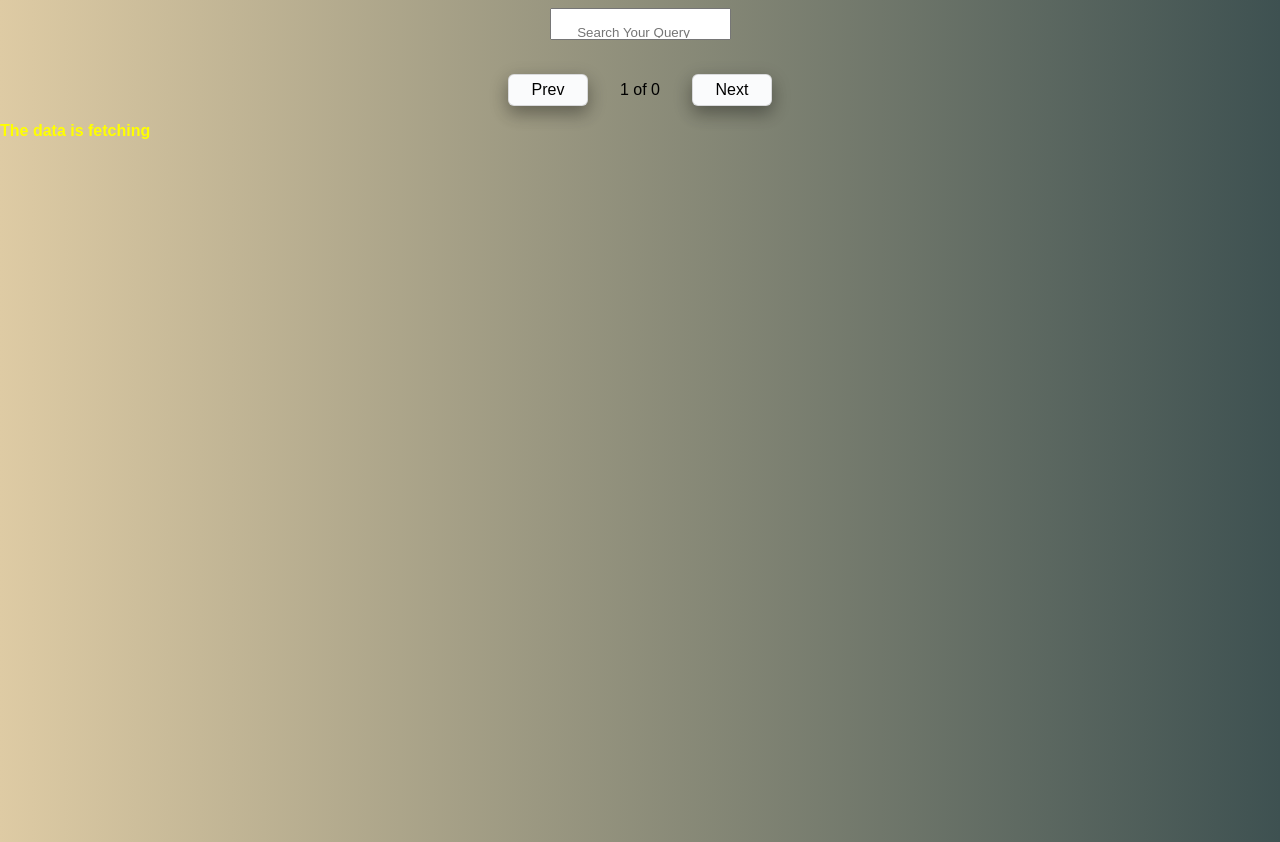
Repository: suraj-yadav7/TechNews
Page: /
These files come from the project's save history. The page is drawn as it stood at one moment and after the next save; the edit follows.
The browser window is 1280 px wide. The pictures show the whole page.
The page's requests for data from a server got no answer. The project was rebuilt for these pictures with package versions that can differ from the ones it lists, and the page was loaded fresh each time. No one was signed in, and anything a server would have sent is missing.

Above is the page before, as saved 2023-04-28 10:53:43.

### src/index.js
import React from 'react';
import ReactDOM from 'react-dom/client';
import App from './App';
import { AppProvider } from './context';

const root = ReactDOM.createRoot(document.getElementById('root'));
root.render(
  <React.StrictMode>
    <AppProvider>
    <App />
    </AppProvider>
  </React.StrictMode>
);

### src/App.js
import './App.css';
import Search from './components/Search';
import Stories from './components/Stories';

function App() {
  return (
      <>
      <Search/>
      <Stories />
      </>
  );
}

export default App;

### src/context.jsx
import {useContext, createContext, useEffect, useReducer} from "react"
import {reducer} from './reducer'

const AppContext = createContext();
let api = "https://hn.algolia.com/api/v1/search?";
const initial = {
    hits:[],
    page:0,
    nbPages:0,
    query:"",
    isLoading:true
}

const AppProvider = ({children})=>{

    const [state, dispatch] = useReducer(reducer, initial)

    const fetchApiData = async(url)=>{
        dispatch({
            type:"loadingData",
        })
        try{
            let fetchApi = await fetch(url)
            let data = await fetchApi.json()
            console.log(data)
            dispatch({
                type:"Get_Update",
                payload:{
                    hitNews:data.hits,
                    pg:data.page,
                    nbPg: data.nbPages
                }
            })
        }
        catch(error){
            console.log(error)
        }
        }

        //removing post
        const removePost = (objectID) =>{
                    dispatch({
                        type:"remove_post",
                        payload: objectID
                    })
        }

    //Search Post
    const searchPost = ((searchVal)=>{
        // searchVal.preventDefault()
        dispatch({
        type:"SEARCH_POST",
        payload: searchVal
        })
    })

    //Previous Page
    const prevPage=()=>{
        dispatch({
            type:"PREV_PAGE"
        })
    }
    const nextPage=()=>{
        dispatch({
            type:"NEXT_PAGE"
        })
    }
    useEffect(()=>{
         fetchApiData(`${api}query=${state.query}&&page=${state.page}`)

    },[state.query, state.page])


    return(
        <AppContext.Provider value= {{...state, removePost, searchPost,prevPage,nextPage}} >{children}</AppContext.Provider>
    )
};

//Custom hook to provide appContext and useContext

const useGlobalContext = ()=>{
    return useContext(AppContext)
}
export {AppContext,AppProvider, useGlobalContext}

### src/App.css
*{
  margin: 0;
  padding: 0;
  box-sizing: border-box;
  font-family:  sans-serif;
}

/* Search Div*/
.searchMain{
  display: flex;
  flex-direction: column;
  align-items: center;
  justify-content: center;
  gap:10px;
  background-image: linear-gradient(to right, #DECBA4, #3E5151);

}
.searchInput{
  margin: 0.5rem 0;
  padding-top: 1rem;
  width: 100%;
  height: 2rem;
  text-align: center;
}
.pagination{
  margin: 0.5rem 0;
}
.pagination> button{
  width: 5rem;
  height: 2rem;
  font-size: 1rem;
  margin: 0.5rem 2rem;
  background-color: #FAFBFC;
  border: 1px solid rgba(27, 31, 35, 0.15);
  border-radius: 6px;
  box-shadow: 0 8px 16px 0 rgba(0,0,0,0.2), 0 6px 20px 0 rgba(0,0,0,0.19);
  cursor: pointer;
}
.pagination>button:hover {
  border-color: #646cff;
}


/* Stories */
.parentStory{
  display: flex;
  align-items: center;
  justify-content: center;
  flex-direction: column;
  gap: 1rem;
  background-image: linear-gradient(to right, #DECBA4, #3E5151);


}

.stories{
  width: 50%;
  height: 12rem;
  display: flex;
  background-image: linear-gradient(to right, #434343 0%, black 100%);
  align-items: center;
  justify-content: center;
  flex-direction: column;
  color: white;
  text-align: center;
}
.stories> h3,p{
  margin: 1rem 0;
  /* padding-bottom: 4rem; */
  padding: 0 2rem;
  margin-bottom: 1.2rem;
}
.storiesButton{
  height: 2rem;
  display: flex;
  align-items: center;
  margin:0.5rem ;
}
.storiesButton >button, a>button{
  margin:0 5rem;
  border: 1px solid blue;
  background-color: aliceblue;
  color: black;
  border-radius: 10px;
  height: 2rem;
  width: 6rem;
  text-align:center;
  font-size: medium;
  box-shadow: 0 8px 16px 0 rgba(0,0,0,0.2), 0 6px 20px 0 rgba(0,0,0,0.19);
  cursor: pointer;
}
.storiesButton >button, a>button:hover {
  border-color: #646cff;
}

### src/components/Search.jsx
import React from 'react'
import { useGlobalContext } from '../context'

const Search = () => {
  const { query, searchPost, prevPage, nextPage, nbPages, page } = useGlobalContext()
  return (
    <>
      <div className='searchMain'>
        <div className='formContainer'>
          <form onSubmit={(e) => e.preventDefault()}>
            <input className='searchInput' type="search" placeholder='Search Your Query' value={query} onChange={(e) => searchPost(e.target.value)}></input>
          </form>
        </div>
        <div className='pagination'>
          <button onClick={prevPage} >Prev</button>
          <span>{page + 1} of {nbPages}</span>
          <button onClick={nextPage} >Next</button>
        </div>
      </div>
    </>
  )
}

export default Search

### src/components/Stories.jsx
import React from 'react'
import { useGlobalContext } from '../context'

const Stories = () => {
  const { hits, isLoading, removePost } = useGlobalContext()



  if (isLoading) {
    return (
  <div className="Loading" style={{ color:"yellow", height:"100vh",backgroundImage: "linear-gradient(to right, #DECBA4, #3E5151)"}}>
        <h4>The data is fetching</h4>
      </div>
    )
  }
  return (
    <>
      <div className='parentStory'>
        <h2>Latest Tech News</h2>
        {hits?.map((story) => {
          const { objectID } = story
          return (
            <>
              <div className='stories' key={objectID}>
                <h3>{story.title}</h3>
                <p>by <span>{story.author}</span>  | <span>comment: {story.num_comments} </span></p>
                  <div className="storiesButton">
                  <a href={story.url} target='_blank' rel="noreferrer"><button >Read More</button></a>
                  <button onClick={() => removePost(objectID)} >Remove</button>
                </div>
              </div>
            </>)
        })}
      </div>
    </>
  )
}

export default Stories

### src/reducer.jsx

const reducer = (state,action) =>{
    switch(action.type){
        case"loadingData" : return{
            ...state,
            isLoading: true

        } ;
        case "Get_Update":
            return{
                ...state,
                isLoading:false,
                hits:action.payload.hitNews,
                nbPages:action.payload.nbPg
            }

        case "remove_post":
            return{
                ...state, hits: state.hits.filter((post)=> post.objectID !== action.payload)
            }

        case "SEARCH_POST":
            return{
                    ...state, query: action.payload
            }

        case "PREV_PAGE":
            let pageNum=state.page-1
            if(pageNum<=0){
                pageNum=0
            }
            return{
                 ...state,
                    page:pageNum
                }


        case "NEXT_PAGE":
            let pageNum2= state.page+1
            if(pageNum2>=50){
                pageNum2=0
            }

            return{
                ...state,
                page:pageNum2
            }

    }
    return state
}
export {reducer};

Loaded but not shown: public/index.html (common file)

After the next save:
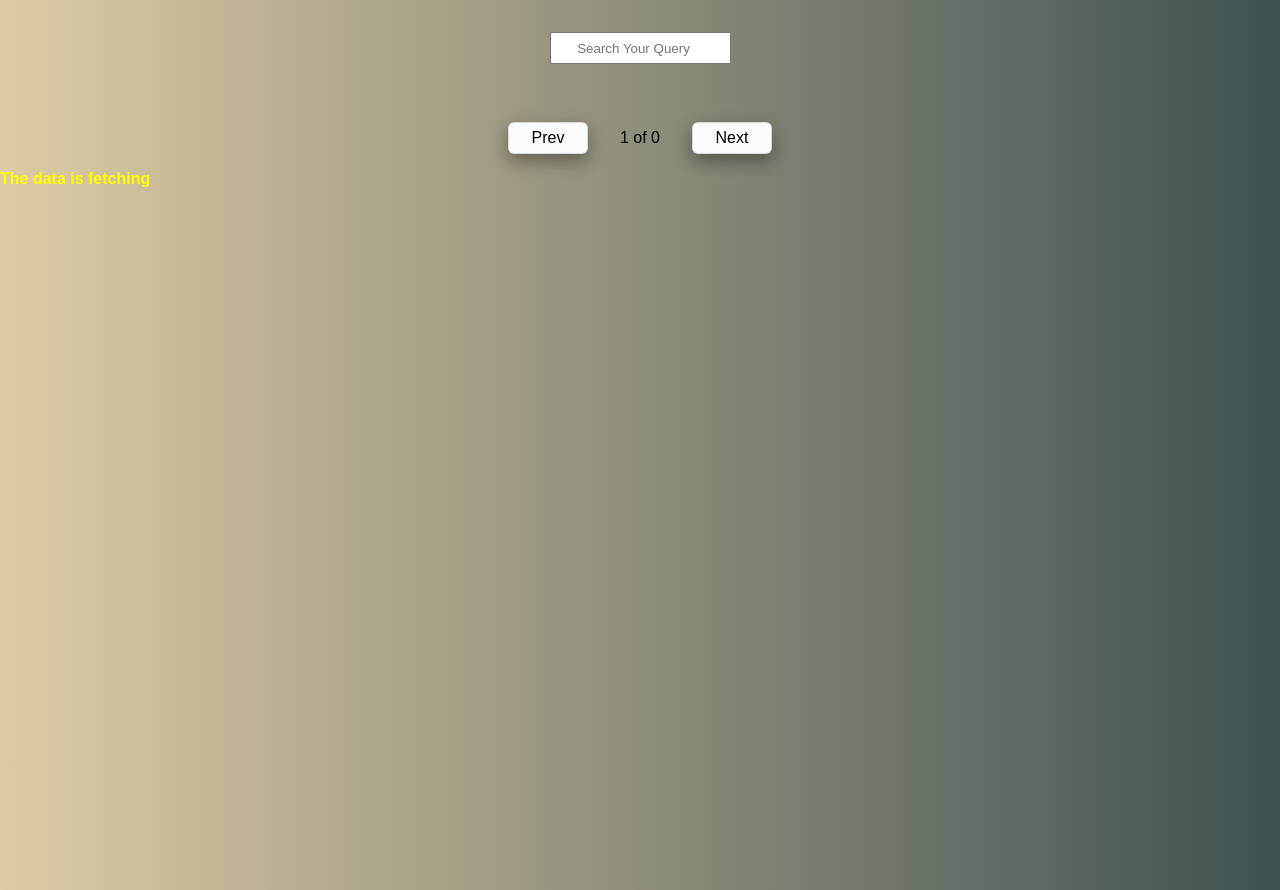
Saved 27 s later.
--- a/src/App.css
+++ b/src/App.css
@@ -16,8 +16,7 @@
 
 }
 .searchInput{
-  margin: 0.5rem 0;
-  padding-top: 1rem;
+  margin: 02rem 0;
   width: 100%;
   height: 2rem;
   text-align: center;
